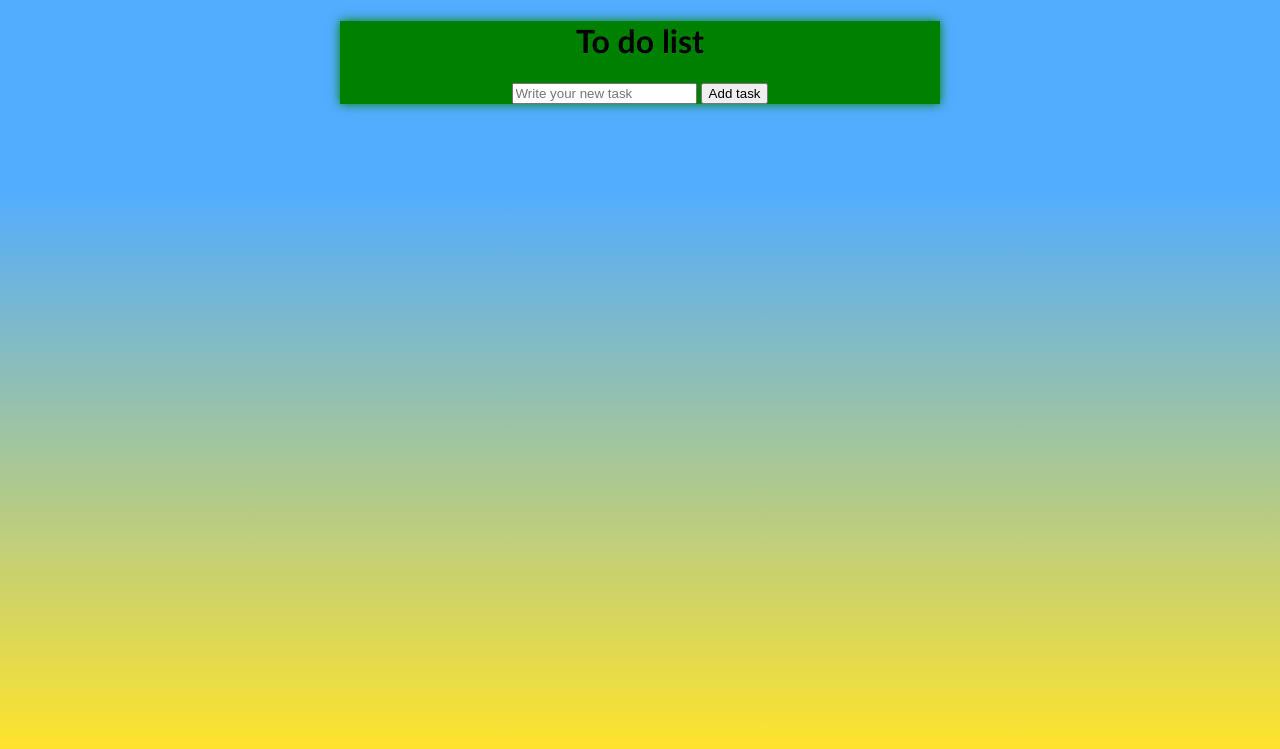
Repository: qtqqrdy13/to-do-list
Page: index.html
An editor plug-in stored every save of this project. The page is shown before and after the next save, followed by the edit.
The browser window is 1280 px wide. The pictures show the whole page.

Above is the page before, as saved 2023-10-30 15:23:23.

### index.html
<!DOCTYPE html>
<html lang="en">
<head>
    <meta charset="UTF-8">
    <meta name="viewport" content="width=device-width, initial-scale=1.0">
    <title>Document</title>
    <link rel="stylesheet" href="style.css">
</head>
<body>
    <div id="app">
        <h1>To do list</h1>
        <input type="text" id="task-input" placeholder="Write your new task">
        <button id="add-task">Add task</button>
        <ul id="task-list"></ul>
    </div>
    <style src="script.js"></style>
</body>
</html>

### style.css
body{
    text-align: center;
    font-family: 'Gill Sans', 'Gill Sans MT', Calibri, 'Trebuchet MS', sans-serif;
    background-color: #52ACFF;
    background-image: linear-gradient(180deg, #52ACFF 25%, #FFE32C 100%);
    background-size: cover;
    background-repeat:no-repeat;
    min-height: 100vh;
}
#app{
    max-width: 600px;
    margin: 0 auto;
    background-color:green;
    box-shadow: 0 0 10px green;
}

After the next save:
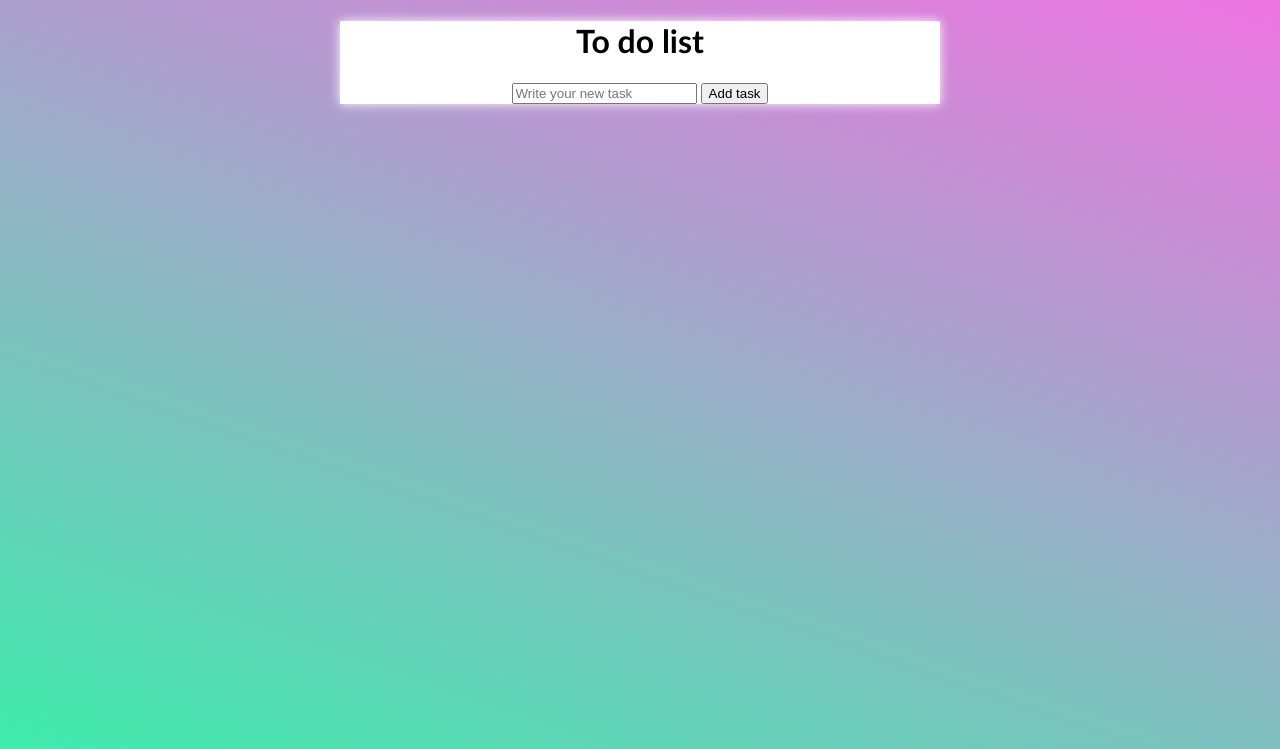
Saved 58 s later.
--- a/style.css
+++ b/style.css
@@ -1,8 +1,9 @@
 body{
     text-align: center;
     font-family: 'Gill Sans', 'Gill Sans MT', Calibri, 'Trebuchet MS', sans-serif;
-    background-color: #52ACFF;
-    background-image: linear-gradient(180deg, #52ACFF 25%, #FFE32C 100%);
+    background-color: #3EECAC;
+    background-image: linear-gradient(19deg, #3EECAC 0%, #EE74E1 100%);
+
     background-size: cover;
     background-repeat:no-repeat;
     min-height: 100vh;
@@ -10,6 +11,6 @@ body{
 #app{
     max-width: 600px;
     margin: 0 auto;
-    background-color:green;
-    box-shadow: 0 0 10px green;
+    background-color:white;
+    box-shadow: 0 0 10px white;
 }
